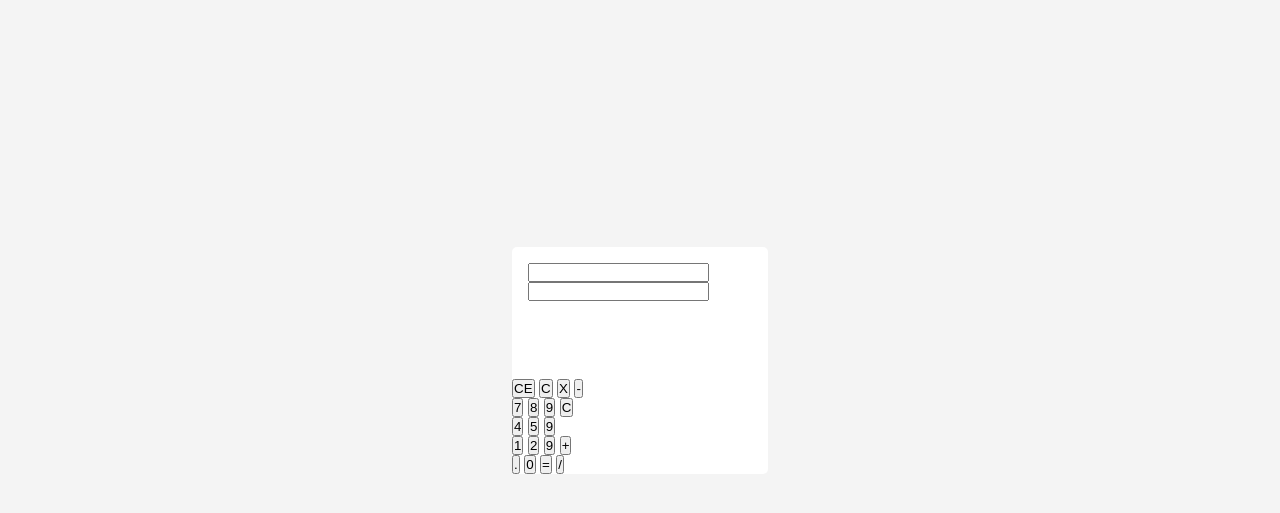
Repository: DNature/calc
Page: index.html
The author's editor kept a copy of each file at every save. The page is drawn from the files as they stood at one save, then again after the next save.
The browser window is 1280 px wide. The pictures show the whole page.

Above is the page before, as saved 2019-11-20 23:25:00.

### index.html
<!DOCTYPE html>
<html lang="en">
  <head>
    <meta charset="UTF-8" />
    <meta name="viewport" content="width=device-width, initial-scale=1.0" />
    <meta http-equiv="X-UA-Compatible" content="ie=edge" />
    <link rel="stylesheet" href="css/style.css" />
    <title>Calculator</title>
  </head>
  <body>
    <div class="calculator">
      <div class="output">
        <input type="number" id="subField" />
        <input type="number" id="mainField" />
      </div>

      <div class="inputs">
        <div class="row">
          <button id="" class="button">CE</button>
          <button id="" class="button">C</button>
          <button id="" class="button">X</button>
          <button id="" class="button">-</button>
        </div>
        <div class="row">
          <button id="" class="button">7</button>
          <button id="" class="button">8</button>
          <button id="" class="button">9</button>
          <button id="" class="button">C</button>
        </div>
        <div class="row">
          <button id="" class="button">4</button>
          <button id="" class="button">5</button>
          <button id="" class="button">9</button>
        </div>
        <div class="row">
          <button id="" class="button">1</button>
          <button id="" class="button">2</button>
          <button id="" class="button">9</button>
          <button id="" class="button">+</button>
        </div>
        <div class="row">
          <button id="" class="button">.</button>
          <button id="" class="button">0</button>
          <button id="" class="button">=</button>
          <button id="" class="button">/</button>
        </div>
      </div>
    </div>
    <script src="./js/index.js"></script>
  </body>
</html>

### css/style.css
* {
  margin: 0;
  padding: 0;
  box-sizing: border-box;
}

body {
  font-family: Arial, Helvetica, sans-serif;
  background: #f4f4f4;
  height: 100vh;
  width: 100vw;
  display: grid;
  place-content: center;
}

.calculator {
  width: 20vw;
  background: white;
  display: grid;
  place-content: center;

  border-radius: 5px;
}

.output {
  height: 100px;
  margin: 1rem;
  background: white;
}

.input {
  background: grey;
}

Loaded but not shown: js/index.js (no stored copy; drawn as an empty file)

After the next save:
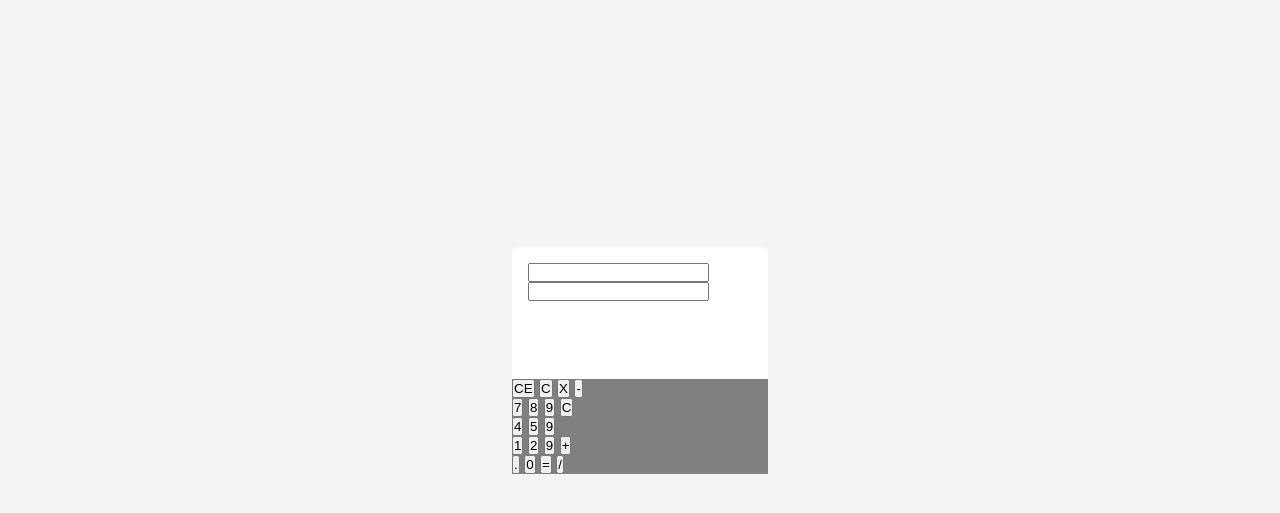
Saved 6 s later.
--- a/css/style.css
+++ b/css/style.css
@@ -28,6 +28,6 @@
   background: white;
 }
 
-.input {
+.inputs {
   background: grey;
 }
